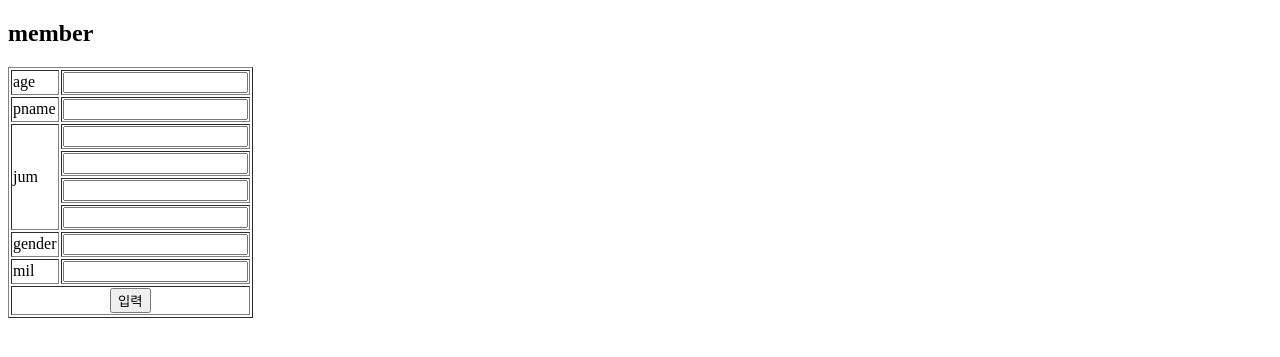
Repository: Yousehyeon/spring_work
Page: stsMvcProj/src/main/webapp/views/req/memberForm.html
An editor plug-in stored every save of this project. The page is shown before and after the next save, followed by the edit.
The browser window is 1280 px wide. The pictures show the whole page.

Above is the page before, as saved 2023-08-18 07:10:30.

### stsMvcProj/src/main/webapp/views/req/memberForm.html
<!DOCTYPE html>
<html>
<head>
<meta charset="UTF-8">
<title>회원가입이다.</title>
</head>
<body>
<h2>member</h2>
<form action="attrReg" method="post">
	<table border="">
		<tr>
			<td>age</td>
			<td><input type="text" name="age" /></td>
		</tr>
		<tr>
			<td>pname</td>
			<td><input type="text" name="pname" /></td>
		</tr>
		<tr>
			<td rowspan="4">jum</td>
			<td><input type="text" name="jum" /></td>
		</tr>
		<tr>

			<td><input type="text" name="jum" /></td>
		</tr>
		<tr>

			<td><input type="text" name="jum" /></td>
		</tr>
		<tr>

			<td><input type="text" name="jum" /></td>
		</tr>
		<tr>
			<td>gender</td>
			<td><input type="text" name="gender" /></td>
		</tr>
		<tr>
			<td>mil</td>
			<td><input type="text" name="mil" /></td>
		</tr>

		<tr>
			<td colspan="2" align="center">
				<input type="submit" value="입력" />
			</td>
		</tr>
	</table>
</form>
</body>
</html>

After the next save:
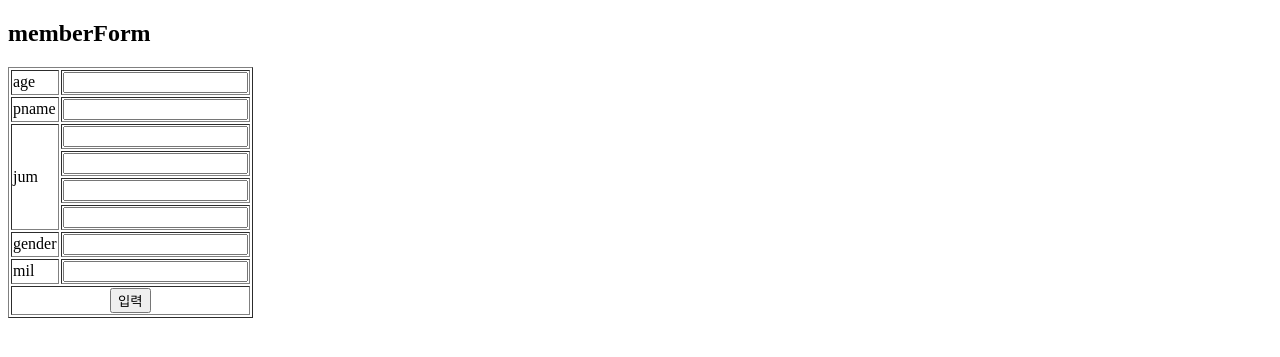
Saved 61 s later.
--- a/stsMvcProj/src/main/webapp/views/req/memberForm.html
+++ b/stsMvcProj/src/main/webapp/views/req/memberForm.html
@@ -5,8 +5,8 @@
 <title>회원가입이다.</title>
 </head>
 <body>
-<h2>member</h2>
-<form action="attrReg" method="post">
+<h2>memberForm</h2>
+<form action="memberReg" method="post">
 	<table border="">
 		<tr>
 			<td>age</td>
